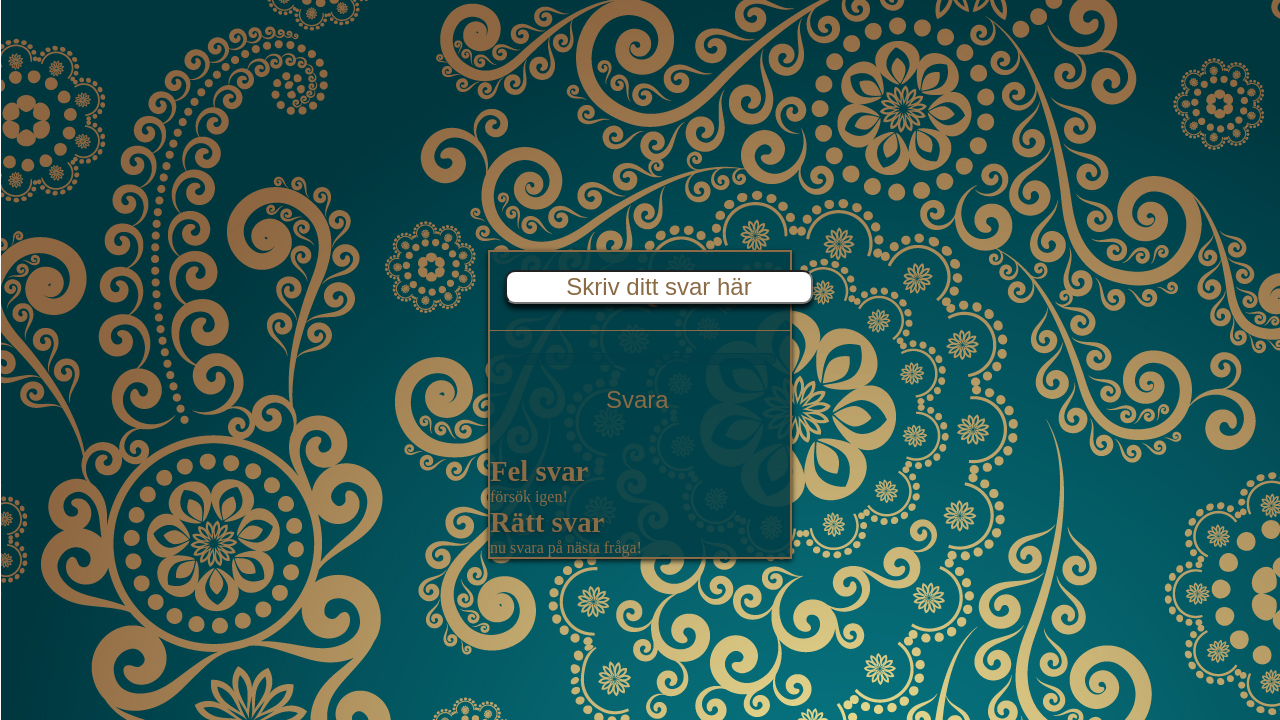
Repository: RebeccaFransson/1dv403-laborationer
Page: 4-thequiz/index.html
The author's editor kept a record of every edit. The page is drawn from the files as they stood at one moment, then again after the next edit.
The browser window is 1280 px wide. The pictures show the whole page.
The page's requests for data from a server got no answer.

Above is the page before.

After the next edit:
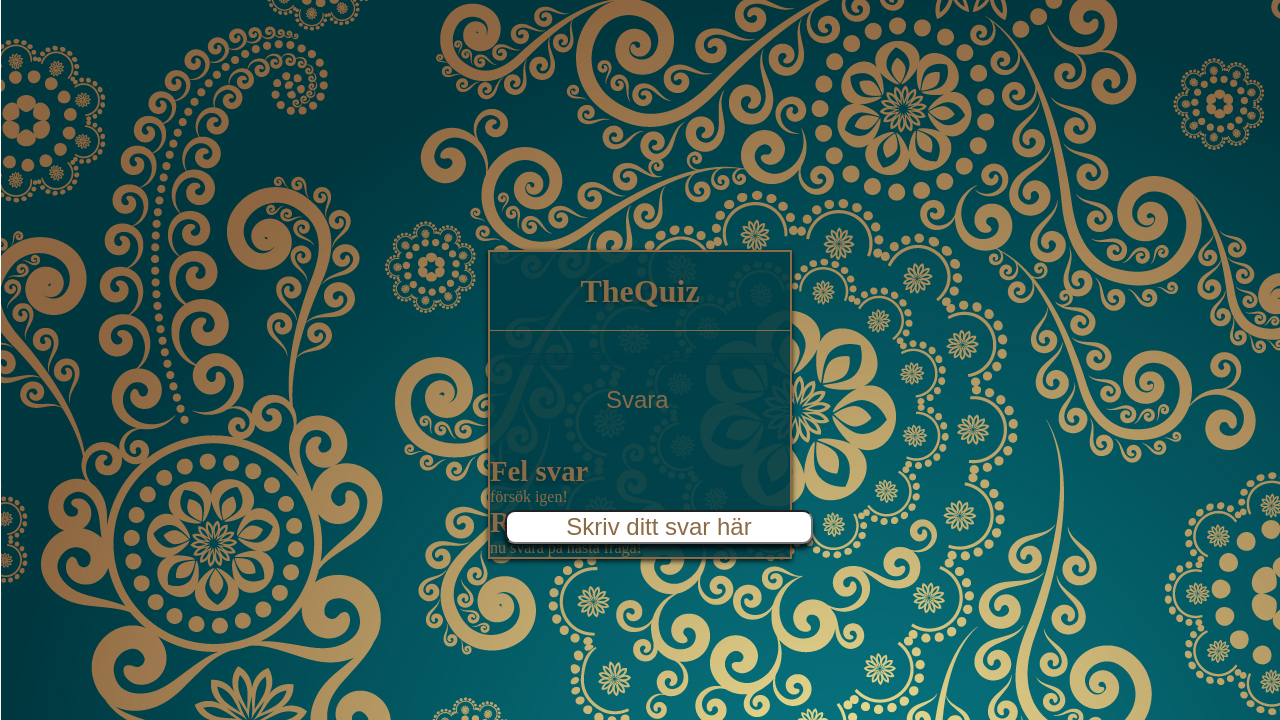
The edit:
--- a/4-thequiz/style.css
+++ b/4-thequiz/style.css
@@ -87,7 +87,7 @@
     font-size:1.5em;
     text-align:center;
     position:absolute;
-    top:270px;
+    top:510px;
     -moz-border-radius: 10px;
     border-radius: 10px;
     box-shadow: 0 5px 5px rgba(0, 0, 0, 0.8);
